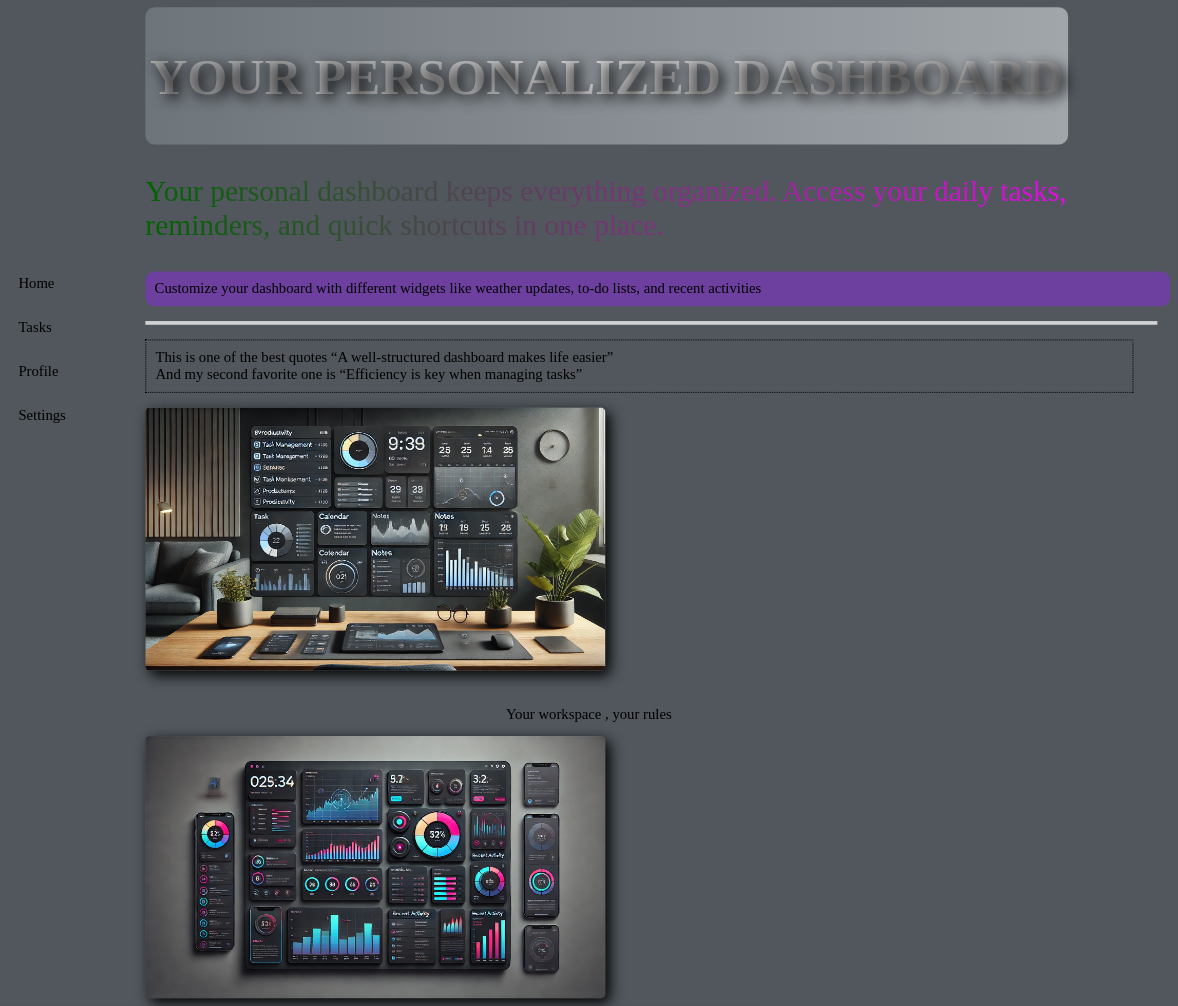
Repository: Parnicoza/testecomplete
Page: testcomplet-14.html
These files come from the project's save history. The page is drawn as it stood at one moment and after the next save; the edit follows.
The browser window is 1280 px wide. The pictures show the whole page, at 92% of full size.

Above is the page before, as saved 2025-02-24 19:30:09.

After the next save:
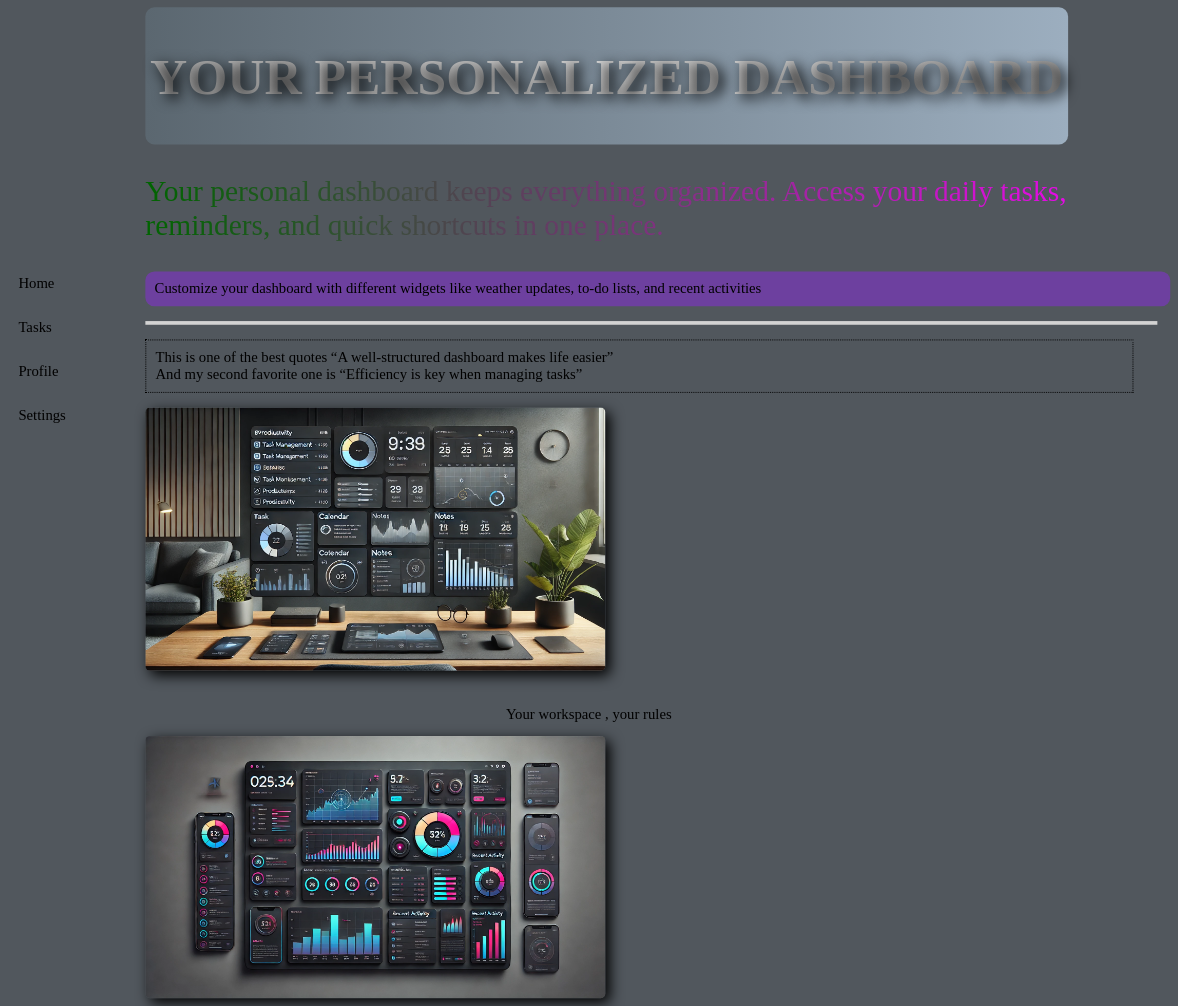
Saved 58 s later.
--- a/stilizaretestcomplet-14.css
+++ b/stilizaretestcomplet-14.css
@@ -13,7 +13,7 @@ body{
 }
 
 .background-for-the-heading{
-    background: linear-gradient(to right, #6D747A, #A1A6AB);
+    background: linear-gradient(to right, #5B6770, #9CAEBF);
     width: fit-content;
     margin: auto;
     padding: 5px;
